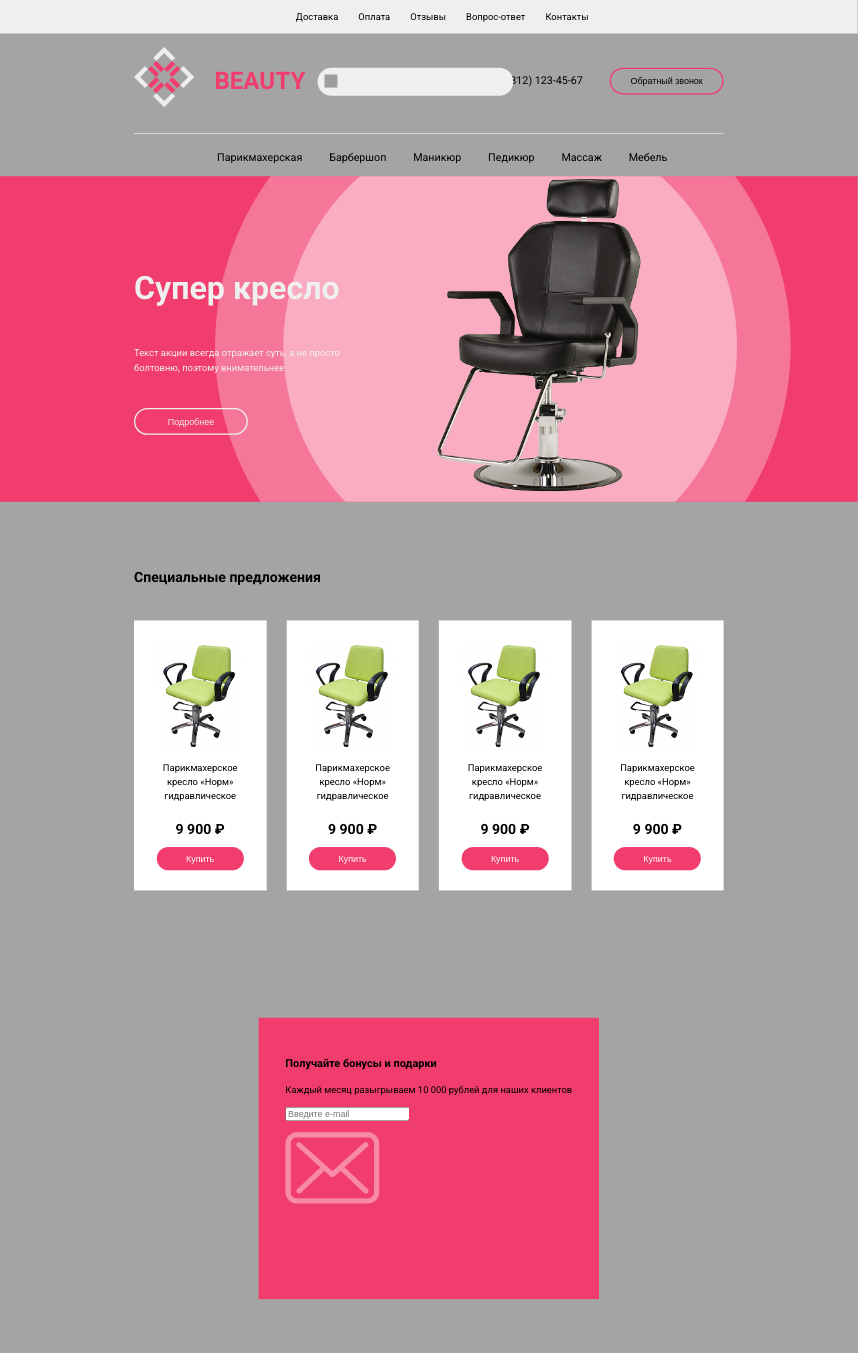
Repository: savannaaaas/verstka
Page: index.html
An editor plug-in stored every save of this project. The page is shown before and after the next save, followed by the edit.
The browser window is 1280 px wide. The pictures show the whole page, at 67% of full size.
Pictures or frames that could not be fetched are drawn as grey boxes. Some web fonts or font styles are not loaded; a fallback is used.

Above is the page before, as saved 2025-04-16 11:55:01.

After the next save:
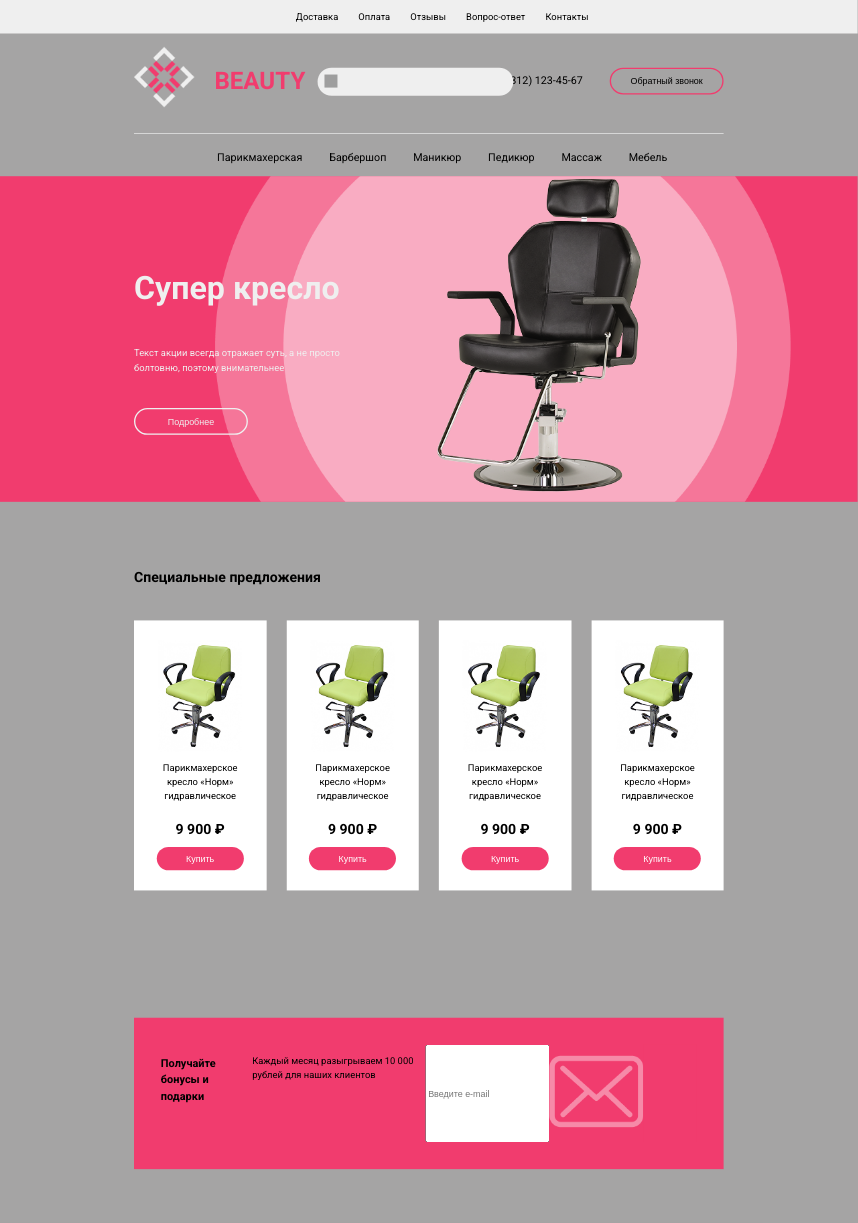
Saved 26 s later.
--- a/style.css
+++ b/style.css
@@ -210,8 +210,10 @@
         gap: 30px;
     }
     .subscribe1{
+        display: flex;
         background-color: #F13C6E;
-        padding: 40px ;
+        padding: 40px;
+        flex-direction: row;
     }
     .subscribe2{
         padding: 40px ;
